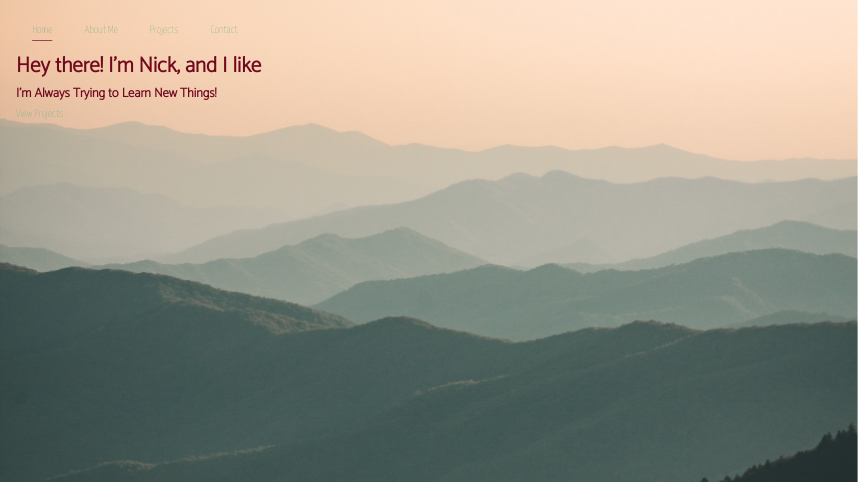
Repository: TrellixVulnTeam/pre-work_928R
Page: deploy/index.html
An editor plug-in stored every save of this project. The page is shown before and after the next save, followed by the edit.
The browser window is 1280 px wide. The pictures show the whole page, at 67% of full size.
Some web libraries are served in a nearby version. The style sheet was rebuilt from its Sass, Less or Tailwind sources for each picture, by a compiler version that may differ from the author's.

Above is the page before, as saved 2022-04-19 10:45:29.

### deploy/index.html
<!DOCTYPE html>
<html lang="en">
  <head>
    <meta charset="UTF-8" />
    <meta http-equiv="X-UA-Compatible" content="IE=edge" />
    <meta name="viewport" content="width=device-width, initial-scale=1.0, minimum-scale=1, maximum-scale=1" />
    <title>Nicholas Shaffer | Web Dev & Business Consulting</title>
    <link rel="stylesheet" href="css/main.css" />
    <!-- Font Awesome -->
    <script src="https://kit.fontawesome.com/5331b7bb54.js" crossorigin="anonymous"></script>
    <!-- Google Fonts -->
    <style>
      @import url("https://fonts.googleapis.com/css2?family=Catamaran:wght@100;200&family=Dosis:wght@200&family=Yanone+Kaffeesatz:wght@200&display=swap");
    </style>
  </head>

  <!-- Main -->
  <body>
    <!-- Header Section-->
    <header id="header-home">
      <div class="container">
        <nav id="main-nav">
          <ul>
            <li><a href="index.html" class="current">Home</a></li>
            <li><a href="about.html">About Me</a></li>
            <li><a href="projects.html">Projects</a></li>
            <li><a href="contact.html">Contact</a></li>
          </ul>
        </nav>
        <div class="header-content">
          <h1>
            Hey there! I'm Nick, and I like
            <span
              class="txt-type"
              data-wait="2850"
              data-words="[&quot;The Great Outdoors&quot;, &quot;Hiking&quot;, &quot;Yoga&quot;, &quot;Playing Ukulele&quot;, &quot;Programming&quot;, &quot;UI/UX Research&quot;, &quot;Designing Models&quot;, &quot;Solving Problems&quot;]"
            ></span>
          </h1>
          <h2 class="lead">I'm Always Trying to Learn New Things!</h2>
          <a href="projects.html" class="btn-light">View Projects</a>
        </div>
      </div>
    </header>
  </body>
</html>

### scss/main.scss
// Variables
$website-width: 1280px;
$backdrop: #e2e2e2;
$shading: #f5f5f5;
$mainText: #227396;
$secondaryText: #71091e;
$tertiaryText: #605f5e;
$linkText: #71ad82;
$heroImage: url("img/hero_image.jpg");


// General Stylings
* {
    margin: 0;
    padding: 0;
}

body {
    line-height: 1.6;
}

a, li {
    text-decoration: none;
    color: $linkText;
    font-family: 'Yanone Kaffeesatz', sans-serif;
}

h1 {
    color: $secondaryText;
    font-size: xx-large;
    font-family: 'Catamaran', sans-serif;
}

h2 {
    color: $secondaryText;
    font-size: larger;
    font-family: 'Catamaran', sans-serif;
}

p {
    color: $tertiaryText;
    font-size: medium;
    font-family: 'Dosis', sans-serif;
}

img {
    width: 100%;
}

// Utilities

.container {
    max-width: $website-width;
    padding: 0 1.5rem;
    margin: auto;
    overflow: hidden;
}

// Header

#header {
   &-home {
    background: $heroImage no-repeat center right / cover;
    height: 100vh;
    color: #fff;
   }

   &-inner {

   }
}

// Logo

#logo {
    width: 70px;
    height: 70px;
}

// Main Nav

#main-nav {
    display: flex;
    justify-content: space-between;
    padding-top: 1rem;

    ul {
        display: flex;
    }

    li {
        list-style: none;
        padding: 1rem 1.5rem;
    }

    a {
        text-decoration: none;
        color: $linkText;
        border-bottom: 1px transparent solid;
        padding-bottom: 0.5rem;
        transition: border-color 0.5s;

        &:hover {
            border-color: $mainText;
        }

        &.current {
            border-color: $secondaryText;
        }
    }
}

After the next save:
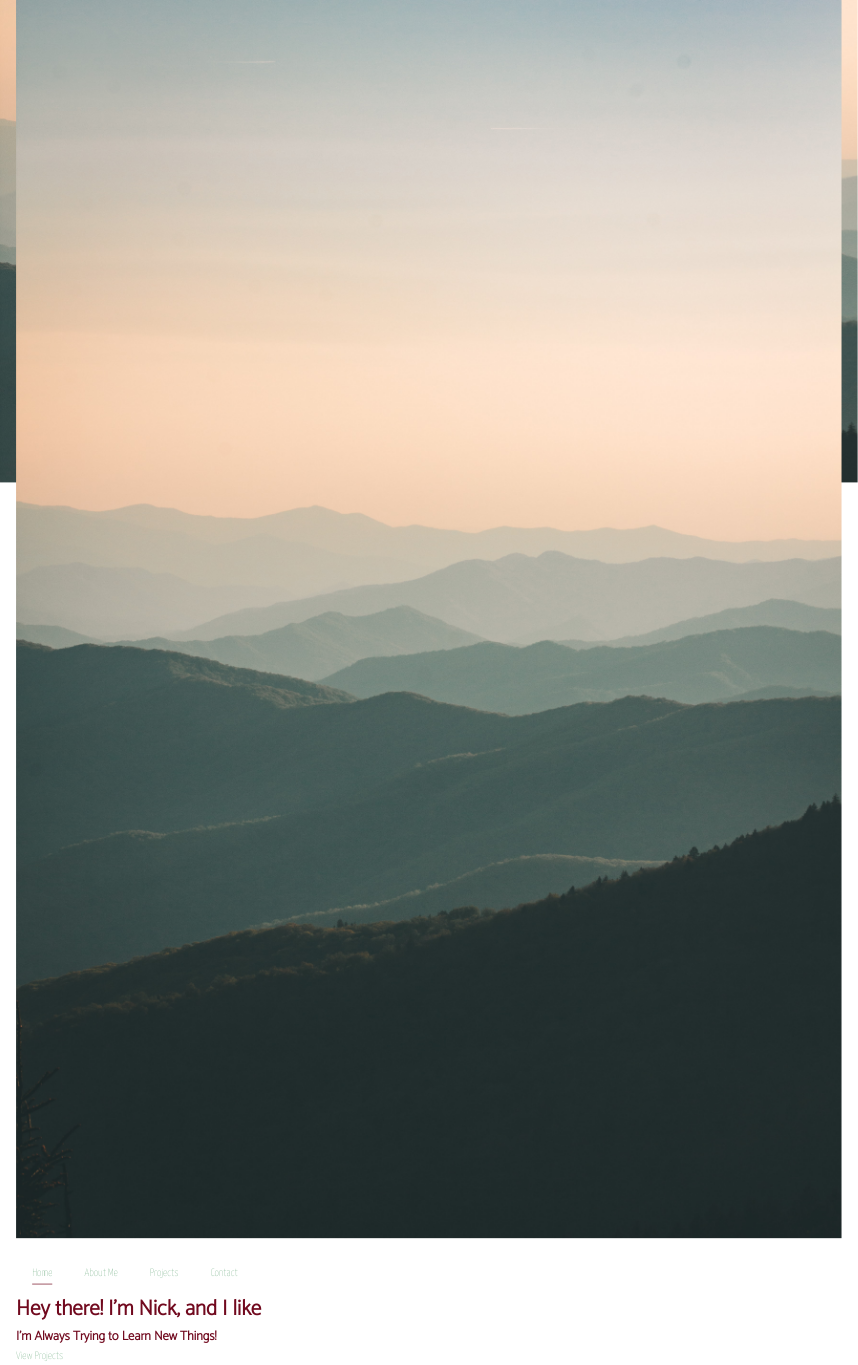
Saved 9 s later.
--- a/deploy/index.html
+++ b/deploy/index.html
@@ -19,6 +19,7 @@
     <!-- Header Section-->
     <header id="header-home">
       <div class="container">
+        <img src="img/hero_image.jpg" alt="Logo image" />
         <nav id="main-nav">
           <ul>
             <li><a href="index.html" class="current">Home</a></li>

After the save that followed:
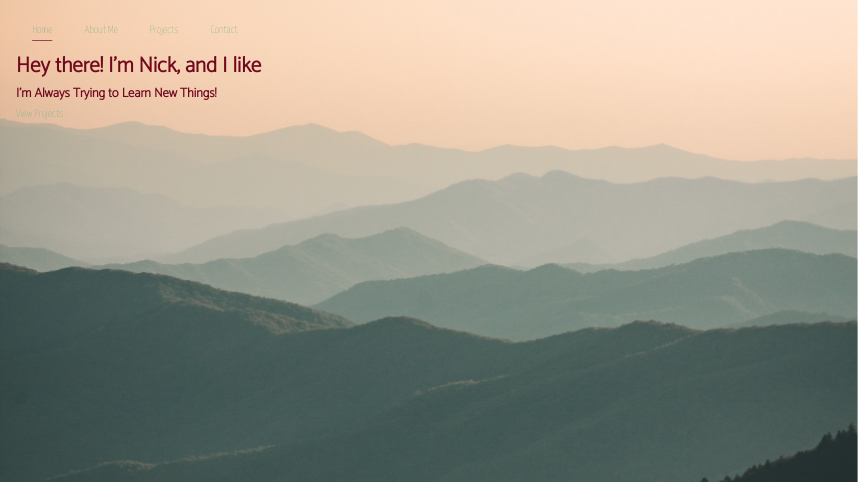
Saved 13 s later.
--- a/deploy/index.html
+++ b/deploy/index.html
@@ -19,7 +19,6 @@
     <!-- Header Section-->
     <header id="header-home">
       <div class="container">
-        <img src="img/hero_image.jpg" alt="Logo image" />
         <nav id="main-nav">
           <ul>
             <li><a href="index.html" class="current">Home</a></li>
